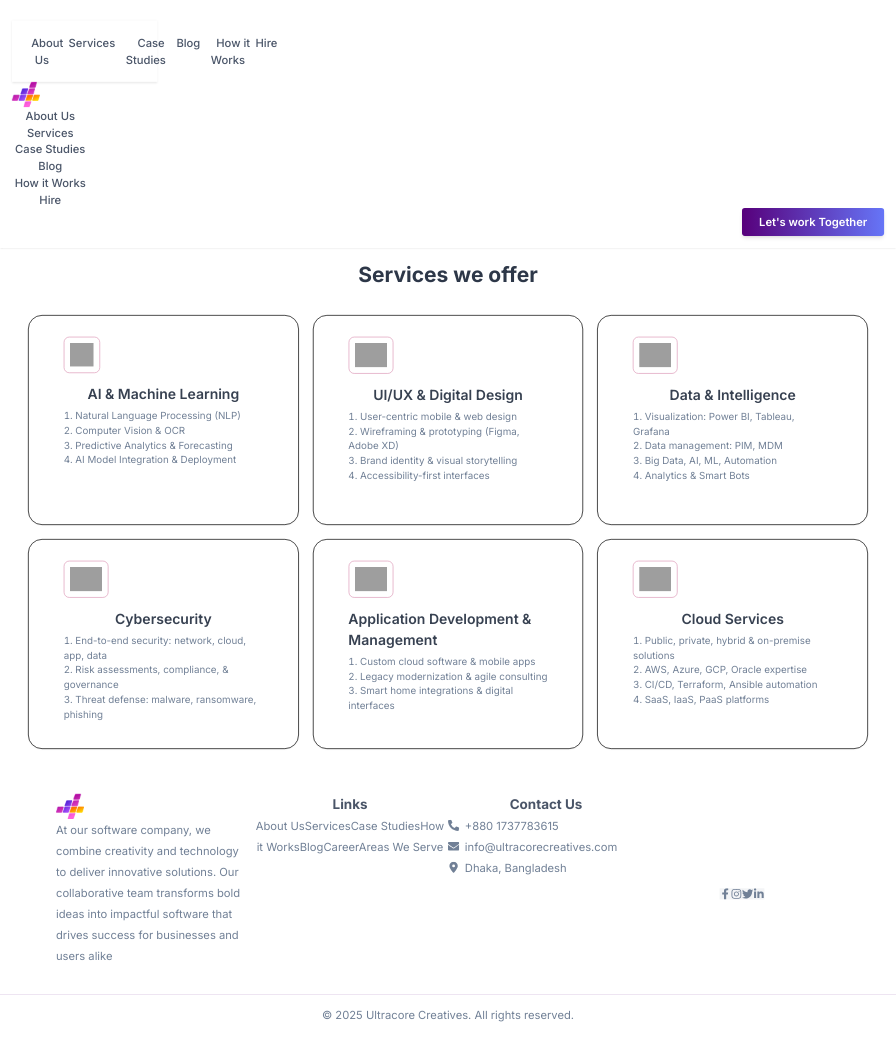
Repository: nazifat/ultra-core
Page: /services
The author's editor kept a copy of each file at every save. The page is drawn from the files as they stood at one save, then again after the next save.
The browser window is 1280 px wide. The pictures show the whole page, at 70% of full size.
Pictures or frames that could not be fetched are drawn as grey boxes. Backgrounds fixed to the window are drawn as part of the page. The project was rebuilt for these pictures with package versions that can differ from the ones it lists, and the page was loaded fresh each time. Also part of the build but not shown: vite.config.js, src/App.jsx, src/Pages/ErrorPage/ErrorPage.jsx, src/Components/Divider/Divider.jsx, src/Components/CustomHeader/CustomHeader.jsx, src/Pages/Home/Approach/Approach.jsx, src/Pages/Home/Banner/Banner.jsx, src/Pages/Home/BoldIdeas/BoldIdeas.jsx and 22 more.

Above is the page before, as saved 2025-07-10 14:17:59.

### index.html
<!doctype html>
<html lang="en">
  <head>
    <meta charset="UTF-8" />
    <link rel="icon" type="image/svg+xml" href="/vite.svg" />
    <meta name="viewport" content="width=device-width, initial-scale=1.0" />
    <title>Ultracore Creatives</title>
  </head>
  <body>
    <div id="root"></div>
    <script type="module" src="/src/main.jsx"></script>
  </body>
</html>

### src/main.jsx
import { StrictMode } from 'react'
import { createRoot } from 'react-dom/client'
import './index.css'
import App from './App.jsx'
import { router } from './Providers/RouterProvider/RouterProvider'

import {

  RouterProvider
} from "react-router-dom";

createRoot(document.getElementById('root')).render(
  <StrictMode>
    <RouterProvider router={router} />

  </StrictMode>,
)

### src/index.css

@import "@fontsource/inter"; /* Defaults to 400 weight */
@import "@fontsource/inter/500.css";
@import "@fontsource/inter/600.css";
@import "@fontsource/inter/700.css";

@tailwind base;
@tailwind components;
@tailwind utilities;


body{
    background-color: white;
}


.custom-navbar{
    font-family: 'Inter', sans-serif;
    font-weight: 500;
    color: #4A5568;
    font-size: 16px;
}

.custom-navbar a{
  margin-right: 15px;
}



.custom-footer{


font-family: 'Inter', sans-serif;
font-weight: 400;
color: #718096;
line-height:  30px;
letter-spacing: 0%;
font-size: 16px;

}

.custom-footer h6{

  color: #4A5568 !important;
  font-weight:700;
  text-transform: capitalize;
  font-size: larger;

}

.card{
    width: fit-content;
    width: 95%;
    margin: auto;
    height: 400px;
}

@media (max-width: 480px) {
    .card {
      height: 300px; /* or any smaller value */
      width: 80%;
    }
  }


  .tab:hover{
    background: linear-gradient(to right, #F76680, #57007B);
    -webkit-background-clip: text;
    -webkit-text-fill-color: transparent;

    /* Optional: for Firefox */
    background-clip: text;
    color: transparent;

  }
  .tab{
      color: gray;
      border-bottom: white 2px solid;



  }

  .tabs{

    align-items: center !important;
    justify-content: center !important;
    font-size: medium;

  }


  .tab:not(:checked, label:has(:checked), :hover, .tab-active, [aria-selected="false"]){
    color: gray;
    /* border-bottom: purple 2px; */

  }

  .tab:checked, label:has(:checked), .tab-active, [aria-selected="true"]{
    color: purple;
    /* border-bottom: purple 2px solid; */

  background: -webkit-linear-gradient(#F76680, #57007B);
  -webkit-background-clip: text;
  -webkit-text-fill-color: transparent;




  }

  .tab-content {
    margin-top: 50px;
    padding: 0 10px 0 10px;
    width: 70%;
    max-width: auto;
  }

  .tab-content img{
    height: 60px;
    width: fit-content;
  }


  @media (max-width: 480px){

    .tab-content img{
      /* height: auto; */
      width: fit-content;
    }

    .service-card{
      margin: 20px 0px;
    }

    .service-card h2{
      font-size: 16px !important;
      margin-bottom: 5px;
    }

    .circle-divider{
      display: none;
    }

    .how-it-works-divider{
      display:none;
    }


  }


  .approach p{
    font-weight: 400;
    font-size: 14px;
    color: #5d697e;
    font-family: 'Inter';
    line-height: 162%;
  }

  .navbar {
    padding: 17px;
  }


  /* swiper slider------------------ */

  .swiper-pagination-bullet-active{
    background: linear-gradient(45deg, #F76680, #57007B) !important;

  }

  .swiper-pagination-bullet{
    height: 15px !important;
    width: 15px !important;
    /* border: 5px solid black !important; */


  }

  .swiper-wrapper{
    margin-bottom: 5% !important;
  }

  /* .service area */


  .service-card{
    padding: 30px 50px;
    border: 1px solid;
    border-radius: 20px;
    min-height: 300px;

  }

  .service-card img{
    margin-bottom: 15px;

  }

  .service-card li{
    font-size: 14px;
    color: #718096;
    font-weight: 300;
  }

  .service-card h2{
    font-size: 20px;
    margin-bottom: 5px;


  }




/* expert team card hover */

.card-hover {
  transition: transform 0.3s ease-in-out, box-shadow 0.3s ease-in-out;
}

.card-hover:hover {
  transform: scale(1.05) translateY(-8px);
  box-shadow: 0 10px 20px rgba(0, 0, 0, 0.3);
}

### src/Providers/RouterProvider/RouterProvider.jsx
import {
  createBrowserRouter,
  RouterProvider,
} from "react-router-dom";
import ErrorPage from "../../Pages/ErrorPage/ErrorPage";
import Home from "../../Pages/Home/Home";
import Root from '../../Pages/Root/Root';
import About from "../../Pages/About/About";
import Services from '../../Pages/Services/Services';
import CaseStudies from '../../Pages/CaseStudies/CaseStudies'
import Blog from '../../Pages/Blog/Blog'
import Hire from '../../Pages/Hire/Hire'
import HowItWorks from '../../Pages/HowItWorks/HowItWorks'


export const router = createBrowserRouter([
  {
    path: "/",
    element: <Root></Root>,
    errorElement: <ErrorPage></ErrorPage>,
    children: [
      {
        path: "/",
        element: <Home></Home>,
      },
      {
        path: "/about",
        element: <About></About>
      },
      {
        path:"/services",
        element: <Services></Services>

      },
      {
        path: "/caseStudies",
        element: <CaseStudies></CaseStudies>
      },
      {
        path: "/blog",
        element: <Blog></Blog>
      },
      {
        path: "/howItWorks",
        element: <HowItWorks></HowItWorks>
      },
      {
        path: "/hire",
        element:<Hire></Hire>
      }
    ]
  },
]);

### src/App.css
#root {
  max-width: 1920px;
  margin: 0 auto;
  text-align: center;
  padding: 0;
}


.logo {
  height: 6em;
  padding: 1.5em;
  will-change: filter;
  transition: filter 300ms;
}
.logo:hover {
  filter: drop-shadow(0 0 2em #646cffaa);
}
.logo.react:hover {
  filter: drop-shadow(0 0 2em #61dafbaa);
}

@keyframes logo-spin {
  from {
    transform: rotate(0deg);
  }
  to {
    transform: rotate(360deg);
  }
}

@media (prefers-reduced-motion: no-preference) {
  a:nth-of-type(2) .logo {
    animation: logo-spin infinite 20s linear;
  }
}

.card {
  padding: 2em;
}

.read-the-docs {
  color: #888;
}

### src/Pages/Root/Root.jsx
import React from 'react';
import { Outlet } from 'react-router-dom';
import NavBar from '../../Components/Shared/NavBar'
import Footer from '../../Components/Shared/Footer'

const Root = () => {
    return (
        <div>
            <NavBar></NavBar>
            <Outlet></Outlet>
            <Footer></Footer>

        </div>
    );
};

export default Root;

### src/Pages/Services/Services.jsx

import HeaderBanner from '../../Components/HeaderBanner/HeaderBanner'
import '../Services/Services.css'
const Services = () => {
    return (
        <div className=''>

            {/* <HeaderBanner img="" title="Services"></HeaderBanner> */}
            <h2 className='lg:text-3xl text-xl mt-5 text-[#2D3748] lg:mb-10 text-center font-bold'>Services we offer</h2>

            <div className='service-area grid md:grid-cols-3 grid-cols-1 px-10 my-10 gap-5'>
                {/* service--1 */}
                <div className=" service-card hover-card bg-[#fff] shadow-sm  rounded-lg">
                    <div className=''>
                        <img
                            className='h-[52px] w-[52px] border border-[#DE9EBA] rounded-lg p-2'
                            src="https://i.ibb.co.com/Z6r8QtGn/aiml.png"
                            alt="AI"
                        />
                    </div>

                    <div className="">
                        <h2 className="card-title font-semibold text-gray-700">
                            AI & Machine Learning
                        </h2>
                        <ol className='text-left text-[#718096] list-decimal list-inside  '>
                            <li>Natural Language Processing (NLP)</li>
                            <li>Computer Vision & OCR</li>
                            <li>Predictive Analytics & Forecasting</li>
                            <li>AI Model Integration & Deployment</li>
                        </ol>

                    </div>
                </div>


                {/* service--2 */}
                <div className="service-card  hover-card bg-[#fff]  shadow-sm">
                    <div className=''>
                        <img
                            className='max-h-16 max-w-16 border border-[#DE9EBA] rounded-lg p-2 object-contain'
                            src="https://i.ibb.co.com/BK6pc359/uiux.png"
                            alt="AI"
                        />
                    </div>

                    <div className="">
                        <h2 className="card-title font-semibold text-gray-700">
                            UI/UX & Digital Design
                        </h2>
                        <ol className='text-left text-[#718096] list-decimal list-inside  '>
                            <li>User-centric mobile & web design</li>
                            <li>Wireframing & prototyping (Figma, Adobe XD)</li>
                            <li>Brand identity & visual storytelling</li>
                            <li>Accessibility-first interfaces</li>
                        </ol>

                    </div>
                </div>


                {/* service--3 */}
                <div className="service-card hover-card bg-[#fff] shadow-sm">
                    <div className=''>
                        <img
                            className='max-h-16 max-w-16 border border-[#DE9EBA] rounded-lg p-2 object-contain'
                            src="https://i.ibb.co.com/8Lm3b3QH/data.png"
                            alt="AI"
                        />
                    </div>

                    <div className="">
                        <h2 className="card-title font-semibold text-gray-700">
                            Data & Intelligence
                        </h2>
                        <ol className='text-left text-[#718096] list-decimal list-inside  '>
                            <li>Visualization: Power BI, Tableau, Grafana</li>
                            <li>Data management: PIM, MDM</li>
                            <li>Big Data, AI, ML, Automation</li>
                            <li>Analytics & Smart Bots</li>
                        </ol>

                    </div>
                </div>

                {/* service--4 */}
                <div className="service-card hover-card bg-[#fff]  shadow-sm">
                    <div className=''>
                        <img
                            className='max-h-16 max-w-16 border border-[#DE9EBA] rounded-lg p-2 object-contain'
                            src="https://i.ibb.co.com/cKqS9P1P/cyber.png"
                            alt="Cybersecurity"
                        />
                    </div>

                    <div className="">
                        <h2 className="card-title font-semibold text-gray-700">
                            Cybersecurity
                        </h2>
                        <ol className='text-left text-[#718096] list-decimal list-inside  '>
                            <li>End-to-end security: network, cloud, app, data</li>
                            <li>Risk assessments, compliance, & governance</li>
                            <li>Threat defense: malware, ransomware, phishing</li>
                        </ol>

                    </div>
                </div>
                {/* service--5 */}
                <div className="service-card hover-card bg-[#fff] shadow-sm">
                    <div className=''>
                        <img
                            className='max-h-16 max-w-16 border border-[#DE9EBA] rounded-lg p-2 object-contain'
                            src="https://i.ibb.co.com/zHbNkDRR/ADM.png"
                            alt="AI"
                        />
                    </div>

                    <div className="">
                        <h2 className="card-title font-semibold text-gray-700 text-left">
                            Application Development & Management
                        </h2>
                        <ol className='text-left text-[#718096] list-decimal list-inside  '>
                            <li>Custom cloud software & mobile apps</li>
                            <li>Legacy modernization &amp; agile consulting</li>
                            <li>Smart home integrations & digital interfaces</li>

                        </ol>

                    </div>
                </div>
                {/* service--6 */}
                <div className="service-card hover-card bg-[#fff] shadow-sm">
                    <div className=''>
                        <img
                            className='max-h-16 max-w-16 border border-[#DE9EBA] rounded-lg p-2 object-contain'
                            src="https://i.ibb.co.com/4ZFPnfhK/cloud.png"
                            alt="AI"
                        />
                    </div>

                    <div className="">
                        <h2 className="card-title font-semibold text-gray-700">
                            Cloud Services
                        </h2>
                        <ol className='text-left text-[#718096] list-decimal list-inside  '>
                            <li>Public, private, hybrid & on-premise solutions</li>
                            <li>AWS, Azure, GCP, Oracle expertise</li>
                            <li>CI/CD, Terraform, Ansible automation</li>
                            <li>SaaS, IaaS, PaaS platforms</li>

                        </ol>

                    </div>
                </div>




            </div>



        </div>
    );
};

export default Services;

### src/Components/Divider/LineDivider.jsx
import React from 'react';

const LineDivider = () => {
    return (
        <div>
            <div className="h-[1px] w-full bg-[#E7DAED] my-4"></div>

        </div>
    );
};

export default LineDivider;

### src/Components/Shared/NavBar.jsx
import React from 'react';
import { NavLink } from 'react-router-dom';
import logo from '../../assets/images/logo.png'
import CustomButton from '../CustomButton/CustomButton';
import { MdOutlineMenu } from "react-icons/md";


const NavBar = () => {

    const links = <>
        <li className='custom-navbar'><NavLink to="/about">About Us</NavLink></li>
        <li className='custom-navbar'><NavLink to="/Services">Services</NavLink></li>
        <li className='custom-navbar'><NavLink to="/caseStudies">Case Studies</NavLink></li>
        <li className='custom-navbar'><NavLink to="/blog">Blog</NavLink></li>
        <li className='custom-navbar'><NavLink to="/howItWorks">How it Works</NavLink></li>
        <li className='custom-navbar'> <NavLink to="/hire">Hire</NavLink></li>
    </>
    return (
        <div className="navbar w-full shadow">
            <div className="navbar-start">
                <div className="dropdown ">
                    <div tabIndex={0} role="button" className="btn btn-lg bg-gray-100 border-0 mx-2  lg:hidden  ">
                    <MdOutlineMenu  className='text-gray-600'/>
                    </div>
                    <ul
                        // tabIndex={0}
                        className="menu menu-md dropdown-content bg-white z-1 mt-3 w-52 p-5 shadow flex ">
                        {links}
                    </ul>
                </div>
                <NavLink className=" text-xl" to='/'><img src={logo} alt="" /></NavLink>
            </div>
            <div className="navbar-center hidden lg:flex">
                <ul className="menu menu-horizontal px-1">
                    {links}

                </ul>
            </div>
            <div className="navbar-end">
            <CustomButton
                            className="justify-end"
                            btnText="Let's work Together"
                        />
                {/* <CustomButton justifyPosition="end" btnText="Let's work Together"></CustomButton> */}

            </div>
        </div>
    );
};

export default NavBar;

### src/Components/Shared/Footer.jsx
import { NavLink } from 'react-router-dom';
import logo from '../../assets/images/logo.png'
import { FaEnvelope, FaFacebook, FaFacebookF, FaFacebookSquare, FaInstagram, FaLinkedin, FaLinkedinIn, FaLocationArrow, FaPhoneAlt, FaTwitter } from "react-icons/fa";

import { FaLocationDot } from "react-icons/fa6";
import LineDivider from '../Divider/LineDivider';
const Footer = () => {
    return (
        <div>
            <footer className="lg:px-20 custom-footer footer  sm:footer-horizontal text-gray-600 text-neutral-content p-10  flex md:flex-row flex-col md:justify-evenly md:p-6 " >
                <nav className='flex-[1] min-w-[200px]' >
                    <NavLink to="/"> <img src={logo} alt="" /></NavLink>

                    <p className='text-left'>At our software company, we combine creativity and technology to deliver innovative solutions. Our collaborative team transforms bold ideas into impactful software that drives success for businesses and users alike
                    </p>
                </nav>
                <nav className='flex-1 justify-center'>
                    <h6 className="">Links</h6>
                    <NavLink to="/about">About Us</NavLink>
                    <NavLink to="/services">Services</NavLink>
                    <NavLink to="/caseStudies">Case Studies</NavLink>
                    <NavLink to="/howItWorks">How it Works</NavLink>
                    <NavLink to="/blog">Blog</NavLink>
                    <NavLink to="/career">Career</NavLink>
                    <NavLink to="/areasWeServer">Areas We Serve</NavLink>
                </nav>
                <nav className='flex-1 justify-center'>
                    <h6 className="">Contact Us</h6>
                    <p className="flex items-center gap-2"><FaPhoneAlt />+880 1737783615</p>
                    <p className="flex items-center gap-2"><FaEnvelope /> info@ultracorecreatives.com</p>
                    <p className="flex items-center gap-2"><FaLocationDot /> Dhaka, Bangladesh</p>
                </nav>
                <nav className='flex-1 justify-center flex items-center justify-center mt-10'>

                    <button className="btn btn-circle bg-gray-100 text-base-100 border-gray-100">
                        <FaFacebookF></FaFacebookF>
                    </button>
                    <button className="btn btn-circle bg-gray-100 text-base-100 border-gray-100">
                        <FaInstagram></FaInstagram>
                    </button>
                    <button className="btn btn-circle bg-gray-100 text-base-100 border-gray-100">
                        <FaTwitter></FaTwitter>
                    </button>
                    <button className="btn btn-circle bg-gray-100 text-base-100 border-gray-100">
                        <FaLinkedinIn />
                    </button>

                </nav>





            </footer>

                <LineDivider></LineDivider>
            <aside className='lg:px-20'>
                <p className='text-center text-[#718096] pb-5'> © {new Date().getFullYear()}  Ultracore Creatives. All rights reserved.</p>
            </aside>

        </div>


    );
};

export default Footer;

### src/Pages/Services/Services.css
.hover-card {
  background-color: #ffffff;
  transition: transform 0.3s ease, box-shadow 0.3s ease, background-color 0.3s ease;
}

.hover-card:hover {
  transform: translateY(-6px);
  box-shadow: 0 12px 20px rgba(0, 0, 0, 0.12);
  background-color: #f9f1ff; /* light purple or any color you prefer */
  cursor: pointer;
}

.hover-card:hover img {
  transform: scale(1.05) rotate(2deg);
  transition: transform 0.3s ease;
}

### src/Components/CustomButton/CustomButton.jsx
// import React from 'react';
// import { NavLink } from 'react-router-dom';

import { NavLink } from "react-router-dom";

// const CustomButton = (props) => {
//     return (
//         <div className={`w-full flex  justify-${props.justifyPosition}`}>
//             <NavLink className="btn lg:btn-lg btn-sm bg-gradient-to-r from-[#57007B] to-[#6675F7] text-white font-semibold py-2 px-6 rounded shadow-md hover:opacity-90 transition duration-300">
//                 {props.btnText}
//             </NavLink>
//         </div>
//     );
// };

// export default CustomButton;


export default function CustomButton({ btnText, className = '' }) {
    return (
      <div className={`flex ${className}`}>
        <NavLink className="btn lg:btn-lg btn-sm bg-gradient-to-r from-[#57007B] to-[#6675F7] text-white font-semibold py-2 px-6 rounded shadow-md hover:opacity-90 transition duration-300">
          {btnText}
        </NavLink>
      </div>
    );
  }

### tailwind.config.js
/** @type {import('tailwindcss').Config} */
export default {
  content: ["./src/**/*.{html,js,jsx,ts,tsx}"],

  theme: {
    extend: {

      fontFamily: {
        sans: ['Inter', 'sans-serif'], // replaces default sans
      },
      screens: {
        sm: '640px',
        // other breakpoints...
      },

    },


  },
  plugins: [
    require('daisyui'),
  ],

}

### src/Components/HeaderBanner/HeaderBanner.jsx

const HeaderBanner = ({img, title}) => {
    return (
        <div
      className="relative w-full h-[400px] bg-fixed bg-center bg-cover mt-0 pt-0"
      style={{
        backgroundImage: `url(${img})`,
      }}
    >
      <div className="absolute inset-0 bg-black bg-opacity-60 flex items-center justify-center">
        <h1 className="text-white text-5xl md:text-5xl font-bold z-10">{title}</h1>
      </div>
    </div>
    );
};

export default HeaderBanner;

After the next save:
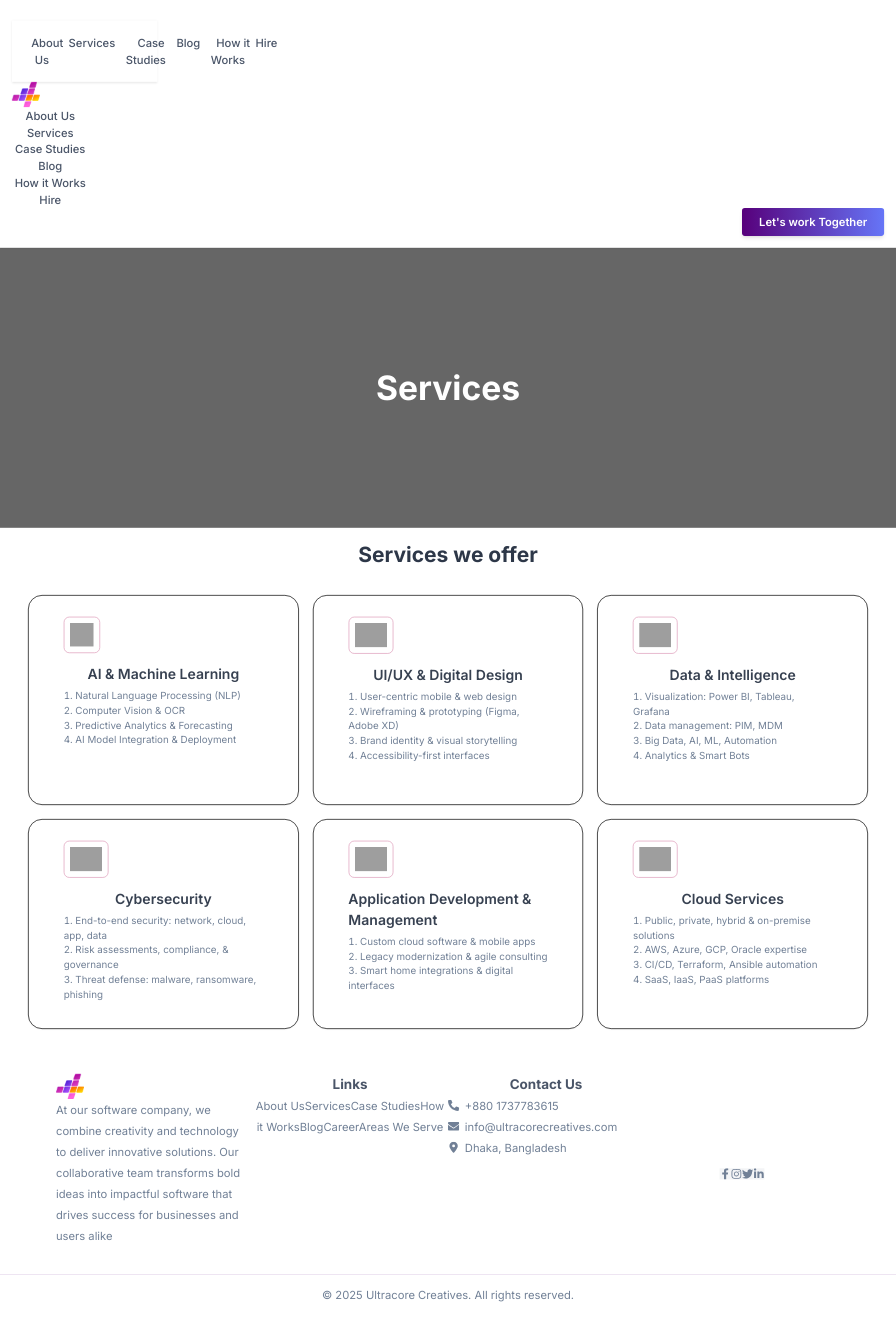
Saved 26 s later.
--- a/src/Pages/Services/Services.jsx
+++ b/src/Pages/Services/Services.jsx
@@ -5,7 +5,7 @@ const Services = () => {
     return (
         <div className=''>
 
-            {/* <HeaderBanner img="" title="Services"></HeaderBanner> */}
+            <HeaderBanner img="" title="Services"></HeaderBanner>
             <h2 className='lg:text-3xl text-xl mt-5 text-[#2D3748] lg:mb-10 text-center font-bold'>Services we offer</h2>
 
             <div className='service-area grid md:grid-cols-3 grid-cols-1 px-10 my-10 gap-5'>
